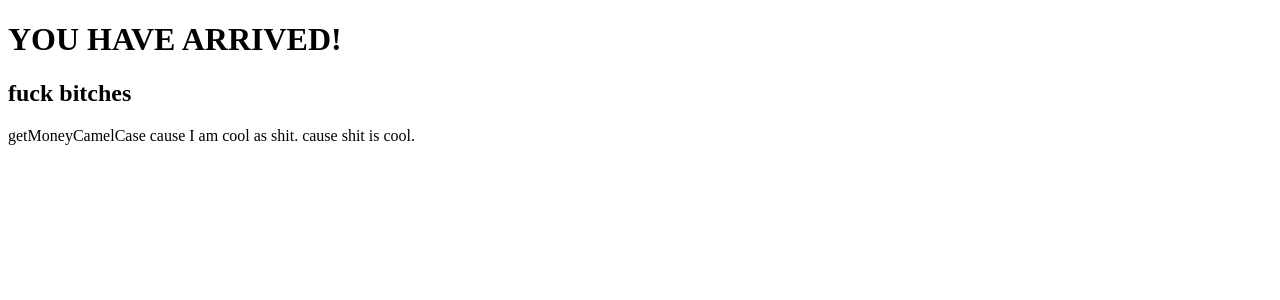
Repository: 1807-mehrab/project-1-KyleAButterfield
Page: ERSK/ERSK/src/main/webapp/EmployeeHomePage.html
The author's editor kept a copy of each file at every save. The page is drawn from the files as they stood at one save, then again after the next save.
The browser window is 1280 px wide. The pictures show the whole page.

Above is the page before, as saved 2018-07-27 20:46:01.

### ERSK/ERSK/src/main/webapp/EmployeeHomePage.html
<!DOCTYPE html>
<html>
<head>
<meta charset="ISO-8859-1">
<title>Insert title here</title>
</head>
<body>
	<h1>YOU HAVE ARRIVED!</h1>

	<div id="body">
	<h2>fuck bitches</h2>
	<p>getMoneyCamelCase cause I am cool as shit. cause shit is cool.</p>
	</div>
</body>
</html>

After the next save:
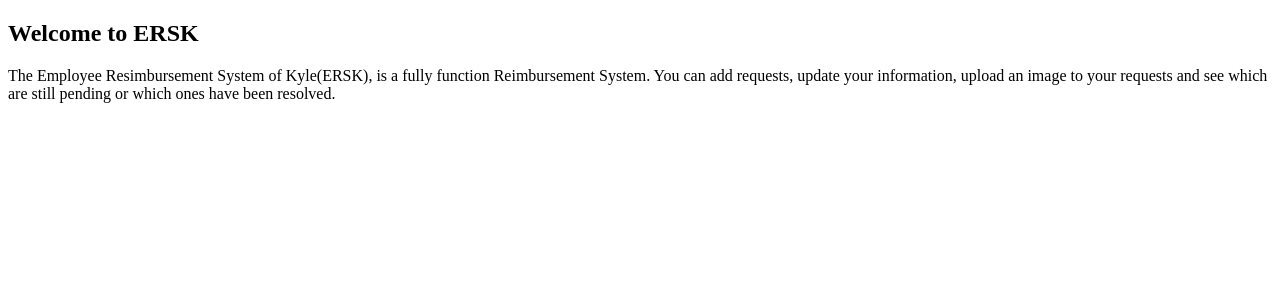
Saved 27 min 53 s later.
--- a/ERSK/ERSK/src/main/webapp/EmployeeHomePage.html
+++ b/ERSK/ERSK/src/main/webapp/EmployeeHomePage.html
@@ -2,14 +2,14 @@
 <html>
 <head>
 <meta charset="ISO-8859-1">
-<title>Insert title here</title>
+<title>Home Page</title>
 </head>
 <body>
-	<h1>YOU HAVE ARRIVED!</h1>
-
 	<div id="body">
-	<h2>fuck bitches</h2>
-	<p>getMoneyCamelCase cause I am cool as shit. cause shit is cool.</p>
+	<h2>Welcome to ERSK</h2>
+	<p>The Employee Resimbursement System of Kyle(ERSK), is a fully function Reimbursement System.
+	 You can add requests, update your information, upload an image to your requests and see which are still pending
+	 or which ones have been resolved.   </p>
 	</div>
 </body>
 </html>
